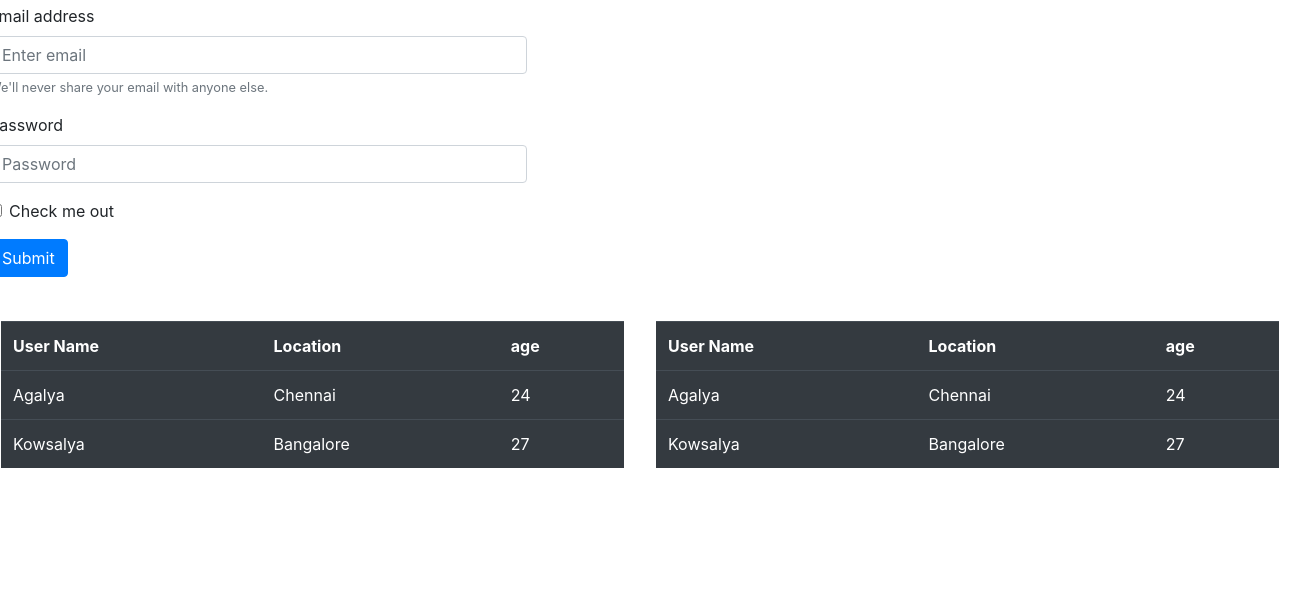
Repository: rajeshkannane/java1
Page: Form/public/index.html
The author's editor kept a copy of each file at every save. The page is drawn from the files as they stood at one save, then again after the next save.
The browser window is 1280 px wide. The page is 1295 px wide, so the pictures cover 1295 px, including what lies to the right of the window. The pictures show the whole page.

Above is the page before, as saved 2022-11-14 16:54:10.

### Form/public/index.html
<!DOCTYPE html>
<html>
<head>
            <meta charset="UTF-8">
            <title>Form Demo</title>
            <link rel="stylesheet" href="https://stackpath.bootstrapcdn.com/bootstrap/4.3.1/css/bootstrap.min.css" integrity="sha384-ggOyR0iXCbMQv3Xipma34MD+dH/1fQ784/j6cY/iJTQUOhcWr7x9JvoRxT2MZw1T" crossorigin="anonymous">
        </head>


<body>
<div class="row">
<div class="col-sm-5 p-1">
<form>
  <div class="form-group">
    <label for="exampleInputEmail1">Email address</label>
    <input type="email" class="form-control" id="exampleInputEmail1" aria-describedby="emailHelp" placeholder="Enter email">
    <small id="emailHelp" class="form-text text-muted">We'll never share your email with anyone else.</small>
  </div>
  <div class="form-group">
    <label for="exampleInputPassword1">Password</label>
    <input type="password" class="form-control" id="exampleInputPassword1" placeholder="Password">
  </div>
  <div class="form-group form-check">
    <input type="checkbox" class="form-check-input" id="exampleCheck1">
    <label class="form-check-label" for="exampleCheck1">Check me out</label>
  </div>
  <button type="submit" class="btn btn-primary">Submit</button>
</form>
</div>
</div>

<br>
<div class="row">
<div class="col-sm-6 p-3" >
<table class="table table-dark" style="text-align:1%">
  <tr>
    <th>User Name</th>
    <th>Location</th>
    <th>age</th>
  </tr>
  <tr>
    <td>Agalya</td>
    <td>Chennai</td>
    <td>24</td>
  </tr>
  <tr>
    <td>Kowsalya</td>
    <td>Bangalore</td>
    <td>27</td>
  </tr>
    </table>
    </div>
    <div class="col-sm-6 p-3" >
<table class="table table-dark" style="text-align:1%">
  <tr>
    <th>User Name</th>
    <th>Location</th>
    <th>age</th>
  </tr>
  <tr>
    <td>Agalya</td>
    <td>Chennai</td>
    <td>24</td>
  </tr>
  <tr>
    <td>Kowsalya</td>
    <td>Bangalore</td>
    <td>27</td>
  </tr>
    </table>
    </div>
    </div>
</body>
</html>

After the next save:
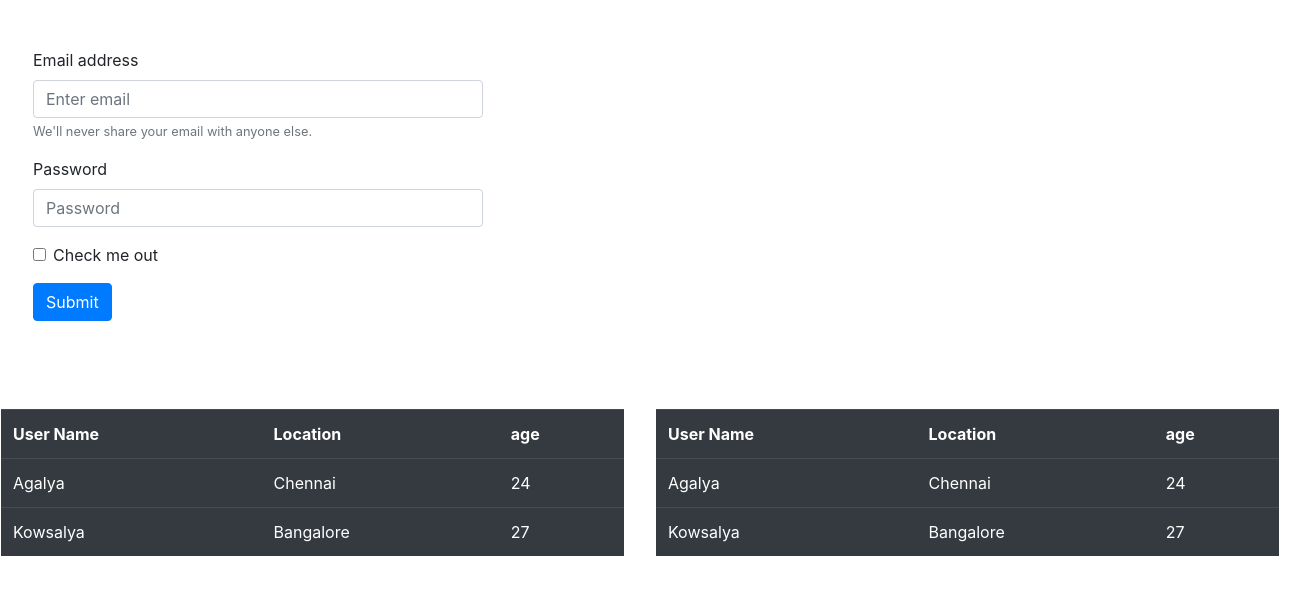
Saved 2 min 23 s later.
--- a/Form/public/index.html
+++ b/Form/public/index.html
@@ -9,7 +9,7 @@
 
 <body>
 <div class="row">
-<div class="col-sm-5 p-1">
+<div class="col-sm-5 p-5">
 <form>
   <div class="form-group">
     <label for="exampleInputEmail1">Email address</label>
